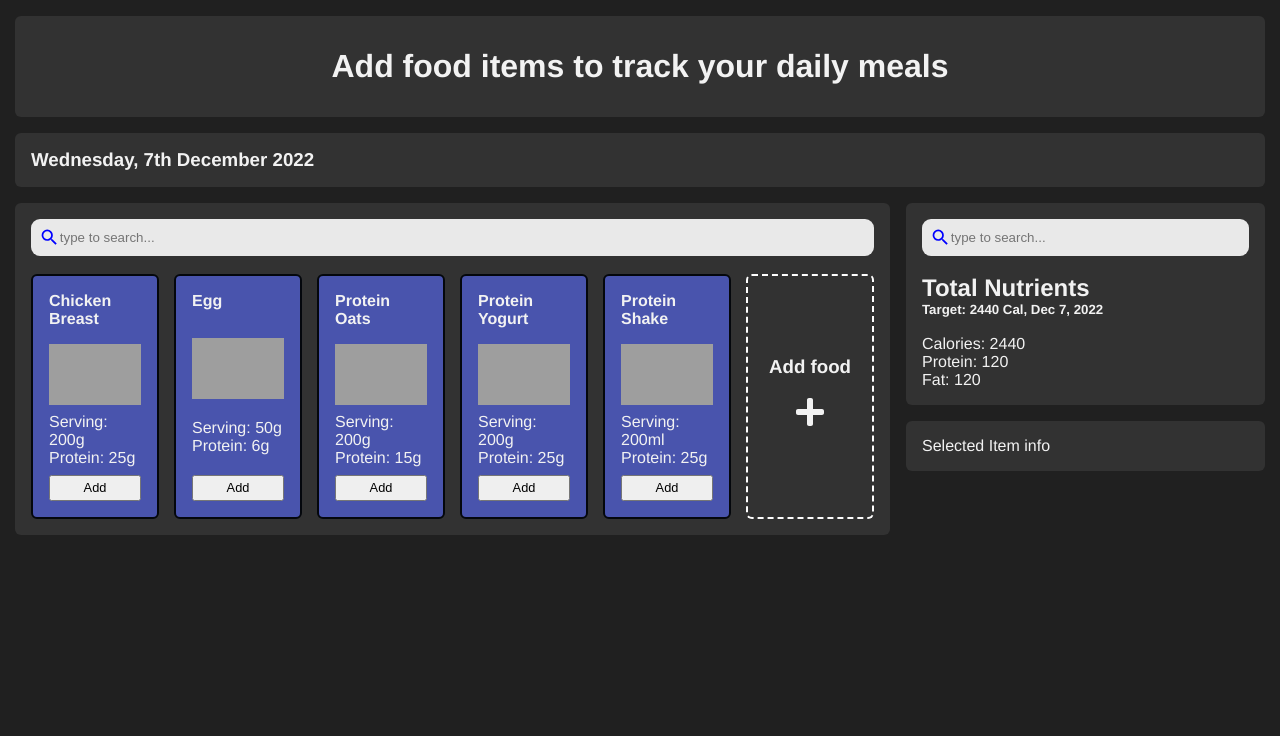
Repository: CEEPREL/NutritionTracker
Page: /
These files come from the project's save history. The page is drawn as it stood at one moment and after the next save; the edit follows.
The browser window is 1280 px wide. The pictures show the whole page.
Pictures or frames that could not be fetched are drawn as grey boxes. The project was rebuilt for these pictures with package versions that can differ from the ones it lists, and the page was loaded fresh each time. Also part of the build but not shown: vite.config.js.

Above is the page before, as saved 2022-12-08 22:02:45.

After the next save:
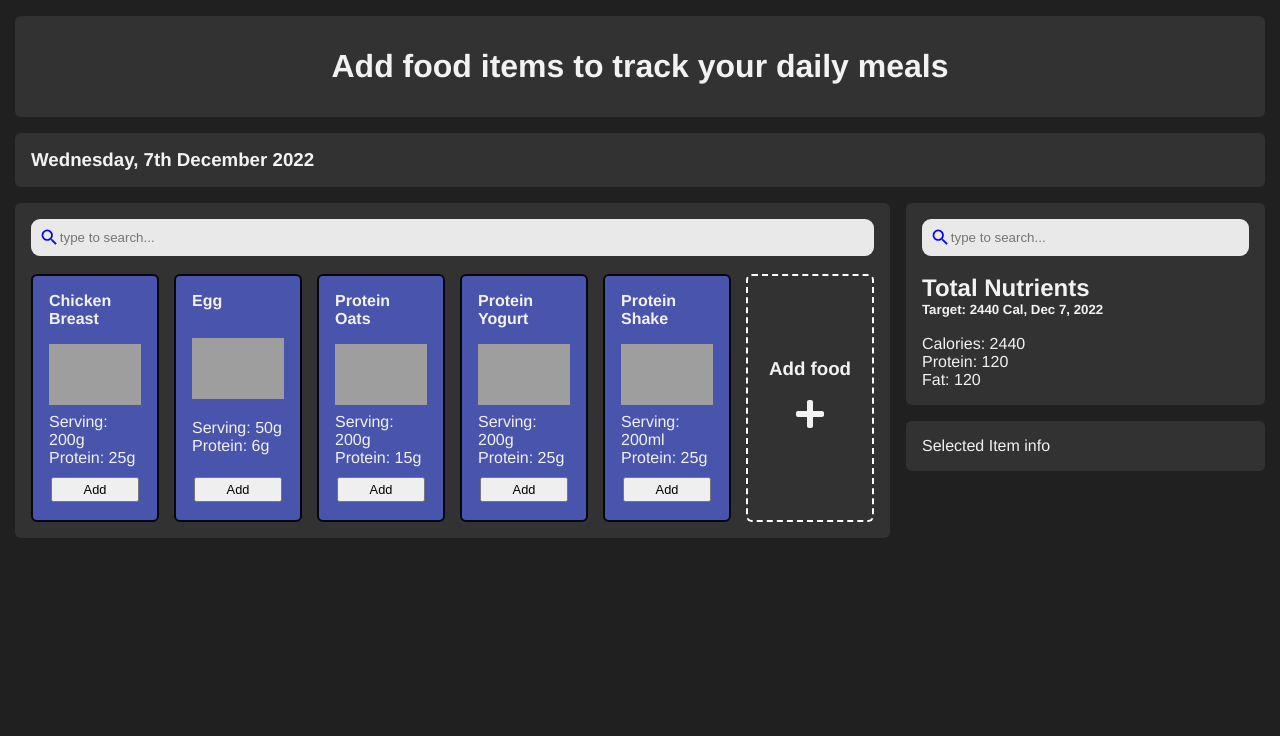
Saved 10 s later.
--- a/src/App.css
+++ b/src/App.css
@@ -100,6 +100,7 @@ body {
 .add-btn {
   font-size: 0.8rem;
   padding: 0.2rem;
+  margin:0.1rem;
 }
 .new-card {
   min-height:140px;
